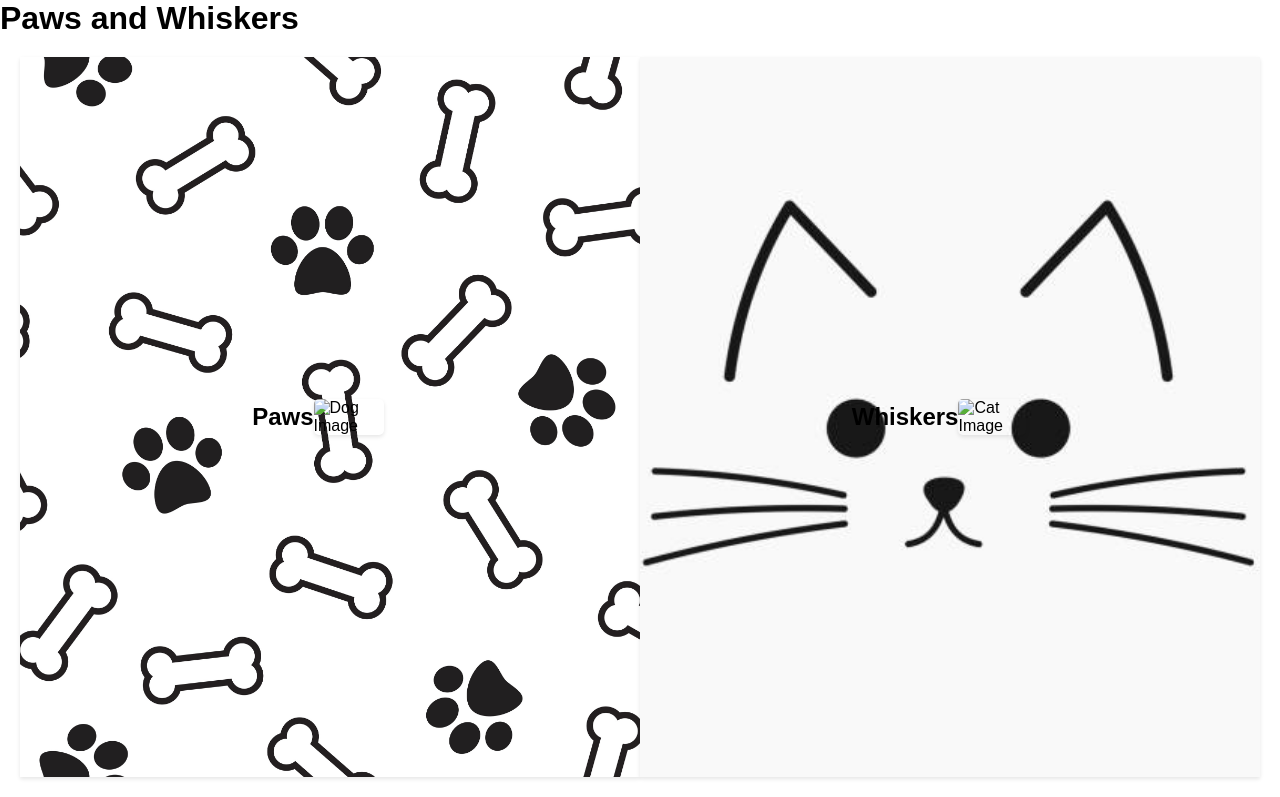
Repository: vimala-pydi/spring-pawsandwhiskers
Page: src/main/webapp/index.html
These files come from the project's save history. The page is drawn as it stood at one moment and after the next save; the edit follows.
The browser window is 1280 px wide. The pictures show the whole page.
The page's requests for data from a server got no answer.

Above is the page before, as saved 2023-08-21 17:57:25.

### src/main/webapp/index.html
<!DOCTYPE html>
<html>
<head>
    <title>Welcome to Paws and Whiskers!</title>
    <link rel="stylesheet" type="text/css" href="css/styles.css">
</head>
<body>
    <h1>Paws and Whiskers</h1>
    <div class="container">
        <div class="image-box dogs">
            <h2>Paws</h2>
            <div id="dogImageContainer">
                <img id="dogImage" src="" alt="Dog Image">
            </div>
        </div>
        <div class="image-box cats">
            <h2>Whiskers</h2>
            <div id="catImageContainer">
                <img id="catImage" src="" alt="Cat Image">
            </div>
        </div>
    </div>
    <script>
        const dogImageContainer = document.getElementById('dogImageContainer');
        const dogImage = document.getElementById('dogImage');
        const catImageContainer = document.getElementById('catImageContainer');
        const catImage = document.getElementById('catImage');

        fetch('ImageDisplayServlet')
            .then(response => response.json())
            .then(imageUrls => {
                const dogImages = imageUrls[0];
                const catImages = imageUrls[1];

                let currentDogIndex = 0;
                let currentCatIndex = 0;

                // Function to show the next dog image
                function showNextDogImage() {
                    dogImage.src = dogImages[currentDogIndex];
                    currentDogIndex = (currentDogIndex + 1) % dogImages.length;
                }

                // Function to show the next cat image
                function showNextCatImage() {
                    catImage.src = catImages[currentCatIndex];
                    currentCatIndex = (currentCatIndex + 1) % catImages.length;
                }

                // Initially show the first images
                showNextDogImage();
                showNextCatImage();

                // Add click event listeners to the containers
                dogImageContainer.addEventListener('click', showNextDogImage);
                catImageContainer.addEventListener('click', showNextCatImage);
            })
            .catch(error => console.error('Error fetching image URLs:', error));
    </script>
</body>
</html>

### src/main/webapp/css/styles.css
/* Reset default margin and padding for all elements */
* {
    margin: 0;
    padding: 0;
    box-sizing: border-box;
}

body {
    font-family: Arial, sans-serif;
    background-color: rgba(0,0,0,0);
    margin: 0;
    padding: 0;
}

.container {
    display: flex;
    justify-content: space-around;
    padding: 20px;
}

.image-box {
    width: 100%; /* Make the image boxes take up the full width of the page */
    height: 100vh; /* Set the height of the image boxes to cover the entire viewport height */
    background-size: cover; /* Set background image to cover the image box */
    background-position: center center; /* Center the background image */
    background-color: rgba(0, 0, 0, 0.5); /* Add a semi-transparent black background */
    box-shadow: 0 2px 4px rgba(0, 0, 0, 0.1);
    display: flex;
    align-items: center;
    justify-content: center;
}

.image-box.dogs {
    background-image: url('dog_bg.jpg'); /* Replace with actual dog image */
}

.image-box.cats {
    background-image: url('cat_bg.jpg'); /* Replace with actual cat image */
}

.image-box h2 {
    margin-top: 0;
    font-size: 24px;
}

.image-box ul {
    list-style: none;
    padding: 0;
}

.image-box li {
    margin-bottom: 10px;
}

.image-box img {
    max-width: 75%; /* Set the maximum width of the image to cover 75% of the page */
    max-height: 100%; /* Maintain the aspect ratio of the image */
    border-radius: 5px;
    box-shadow: 0 2px 4px rgba(0, 0, 0, 0.1);
    cursor: pointer; /* Add cursor style for clickable images */
}

After the next save:
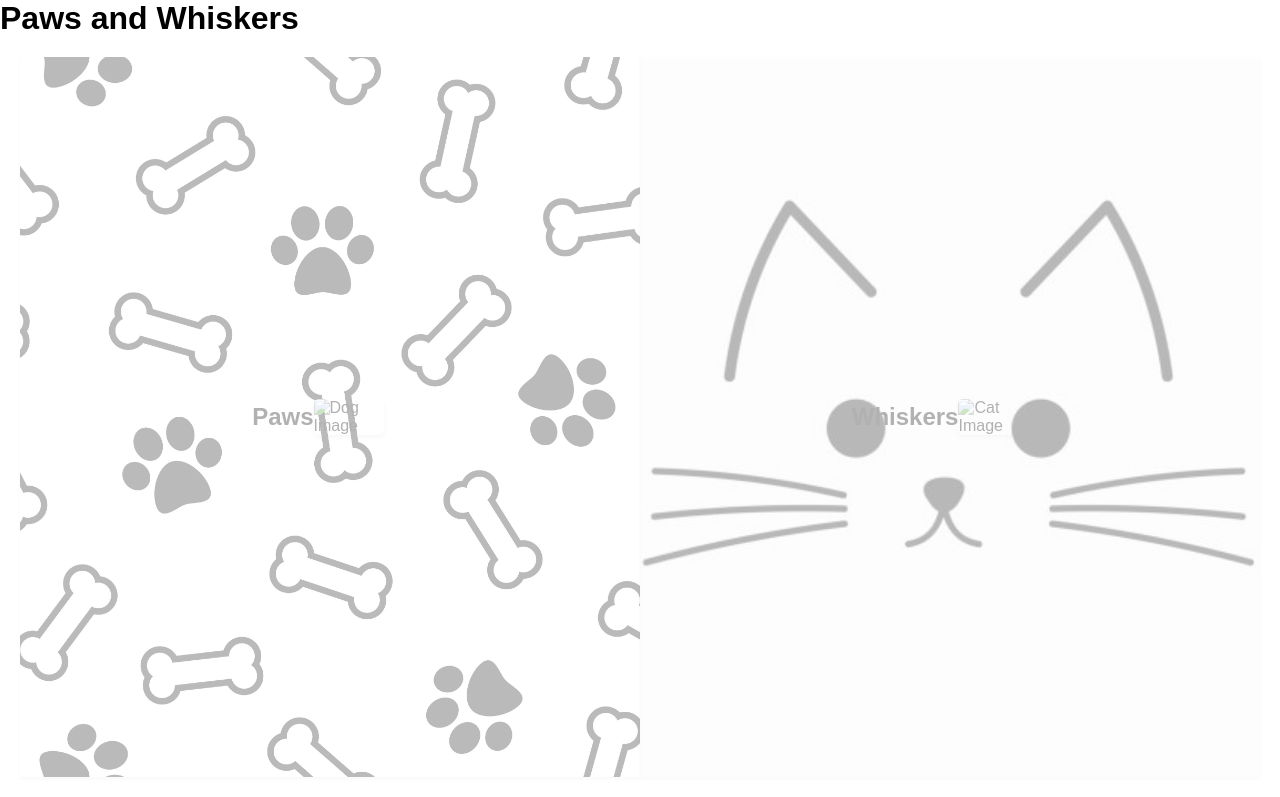
Saved 2 min 55 s later.
--- a/src/main/webapp/css/styles.css
+++ b/src/main/webapp/css/styles.css
@@ -23,7 +23,7 @@
     height: 100vh; /* Set the height of the image boxes to cover the entire viewport height */
     background-size: cover; /* Set background image to cover the image box */
     background-position: center center; /* Center the background image */
-    background-color: rgba(0, 0, 0, 0.5); /* Add a semi-transparent black background */
+    background-color: transparent; /* Add a semi-transparent black background */
     box-shadow: 0 2px 4px rgba(0, 0, 0, 0.1);
     display: flex;
     align-items: center;
@@ -32,10 +32,16 @@
 
 .image-box.dogs {
     background-image: url('dog_bg.jpg'); /* Replace with actual dog image */
+    background-size: cover; /* Set background image to cover the image box */
+    background-position: center center; /* Center the background image */
+    opacity: 0.3; /* Adjust the opacity to make it appear as a watermark */
 }
 
 .image-box.cats {
     background-image: url('cat_bg.jpg'); /* Replace with actual cat image */
+    background-size: cover; /* Set background image to cover the image box */
+    background-position: center center; /* Center the background image */
+    opacity: 0.3; /* Adjust the opacity to make it appear as a watermark */
 }
 
 .image-box h2 {
